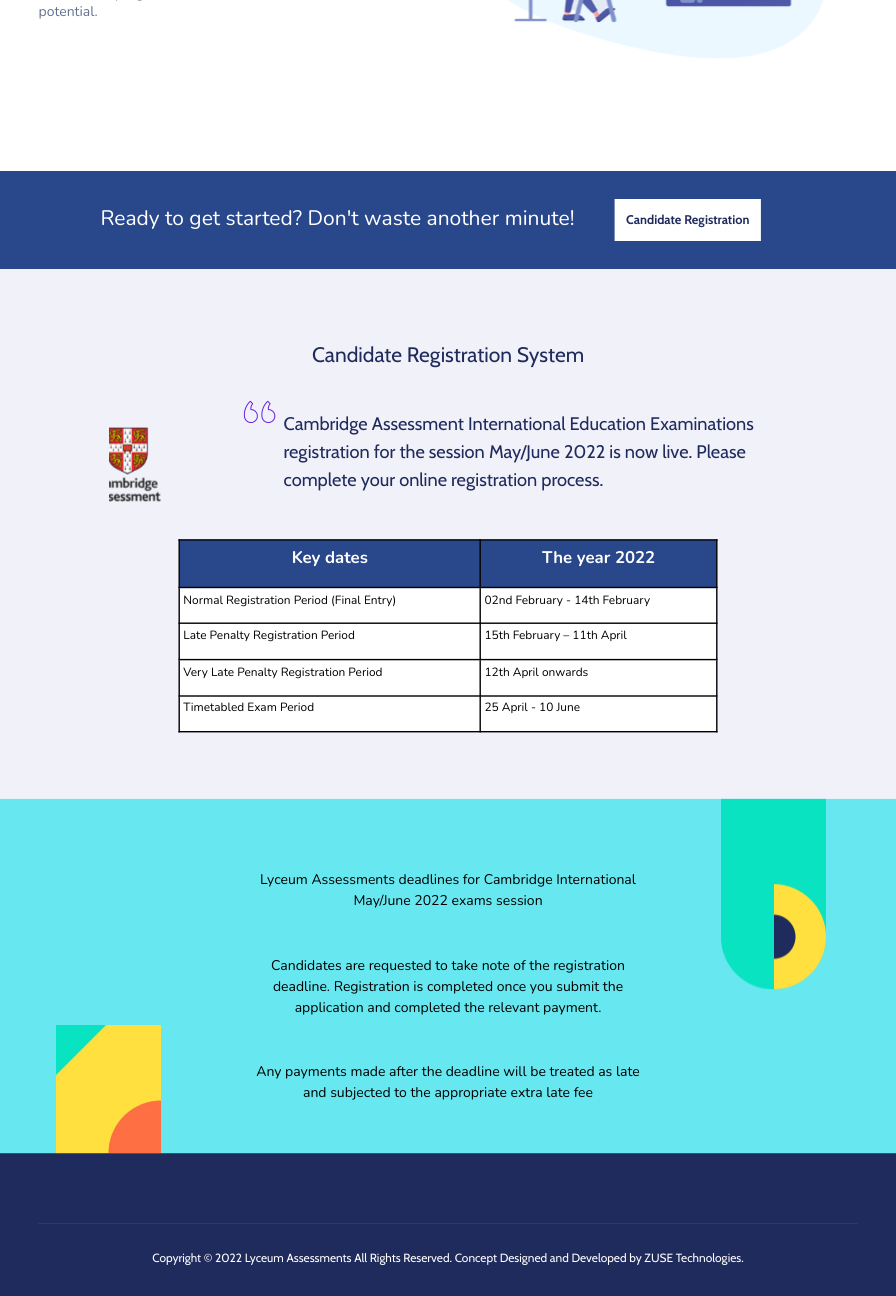
Repository: AXUSLK/LyceumAssessments-HTML
Page: index.html
These files come from the project's save history. The page is drawn as it stood at one moment and after the next save; the edit follows.
The browser window is 1280 px wide. The pictures show the part of the page from y = 2555 to 4475 px (the page is 4406 px tall before and 4475 px after), at 70% of full size.
Backgrounds fixed to the window are drawn as part of the page. Some web libraries are served in a nearby version.

Above is the page before, as saved 2022-01-31 15:16:00.

After the next save:
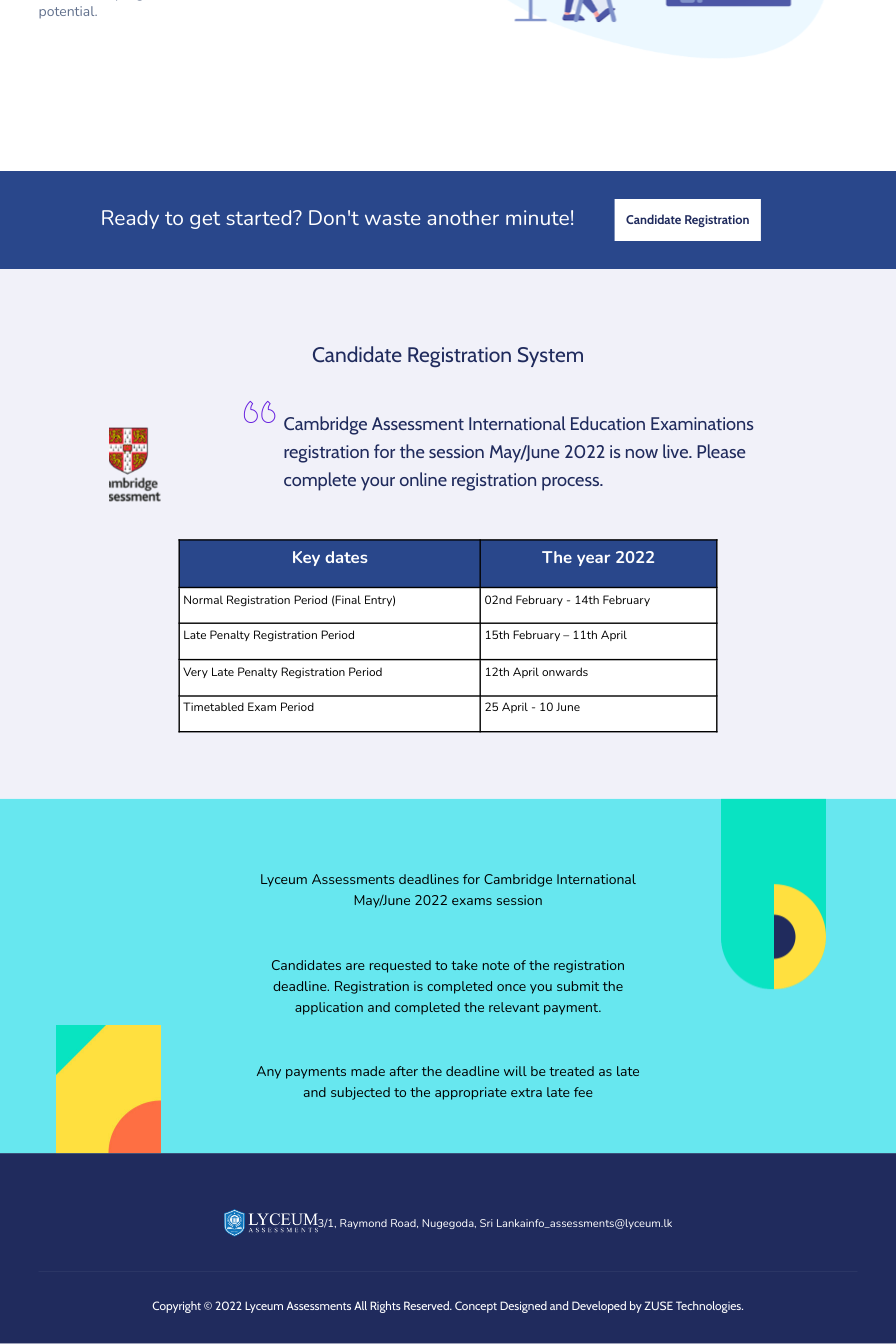
Saved 5 s later.
--- a/index.html
+++ b/index.html
@@ -484,12 +484,20 @@
 			<!-- footerAside -->
 			<aside id="scrollToContact"
 				class="footerAside pt-20 pt-md-10 pt-lg-16 pb-1 pb-md-4 position-relative text-center text-sm-left">
-				<div class="container">
-					<div class="row">
-
-
-
-					</div>
+				<div style="display: flex; justify-content: center; align-items: center;">
+					<!-- ftLogo -->
+					<div class="ftLogo mb-6 mx-auto mx-md-0">
+						<a href="javascript:void(0);">
+							<img src="images/LYA__LOGO.png" class="img-fluid" alt="">
+						</a>
+					</div>
+
+					<!-- ftAddress -->
+					<address class="ftAddress text-center text-md-left mb-6 mt-6 mt-md-0">3/1, Raymond Road,
+						Nugegoda, Sri Lanka</address>
+
+					<address class="ftAddress text-center text-md-left mb-6 mt-6 mt-md-0">
+						info_assessments@lyceum.lk</address>
 				</div>
 			</aside>
 			<!-- pageFooter -->
